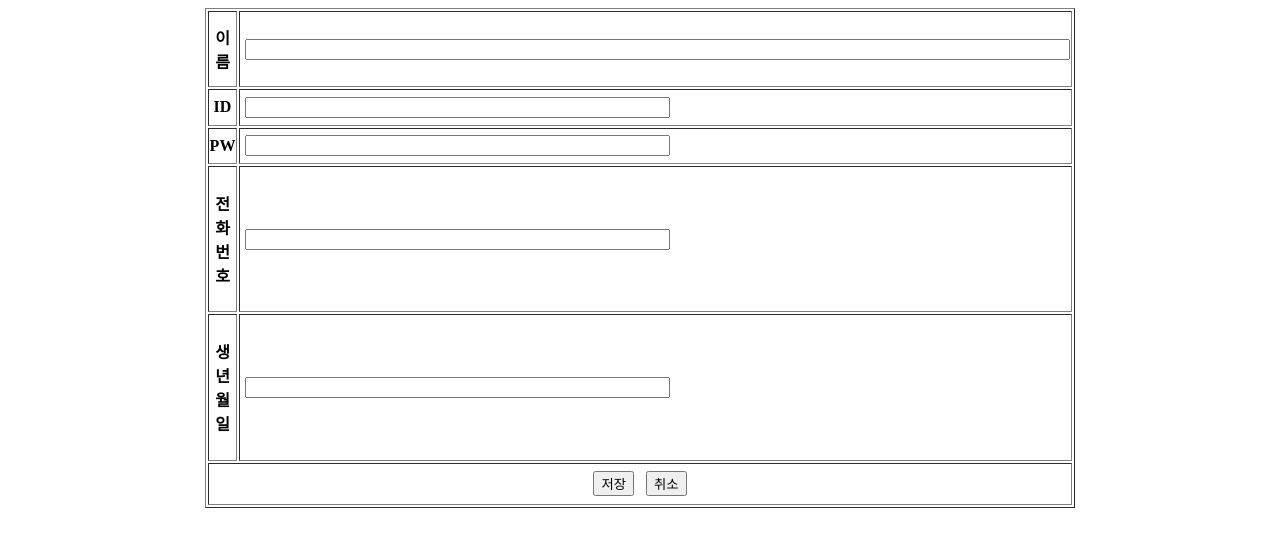
Repository: kwonminsung0/jspStudy
Page: jspStudy/src/main/webapp/join/join.html
An editor plug-in stored every save of this project. The page is shown before and after the next save, followed by the edit.
The browser window is 1280 px wide. The pictures show the whole page.

Above is the page before, as saved 2024-12-03 08:50:39.

### jspStudy/src/main/webapp/join/join.html
<!DOCTYPE html>
<html>
<head>
<meta charset="UTF-8">
<meta name="viewport" content="width=device-width, initial-scale=1.0">
<title>회원가입하기</title>
</head>
<body>
	<form method="post" action="/jspStudy/visitInsert">
		<table align="center" width="500" height="500" border="1">
			<tr>
				<th width="70">이름</th>
				<td width="430">&nbsp;<input type="text" name="writer"
					size="100">
				</td>
			</tr>
			<tr>
				<th width="70">ID</th>
				<td width="430">&nbsp;<input type="text" name="writer"
					size="50">
				</td>
			</tr>
			<tr>
				<th width="70">PW</th>
				<td width="430">&nbsp;<input type="text" name="writer"
					size="50">
				</td>
			</tr>
			<tr>
				<th width="70">전화번호</th>
				<td width="430">&nbsp;<input type="text" name="writer"
					size="50">
				</td>
			</tr>
			<tr>
				<th width="70">생년월일</th>
				<td width="430">&nbsp;<input type="text" name="writer"
					size="50">
				</td>
			</tr>
			<tr>
				<td colspan="2" align="center"><input type="submit" value="저장">&nbsp;&nbsp;
					<input type="reset" value="취소"></td>
			</tr>
		</table>
	</form>
</body>
</html>

After the next save:
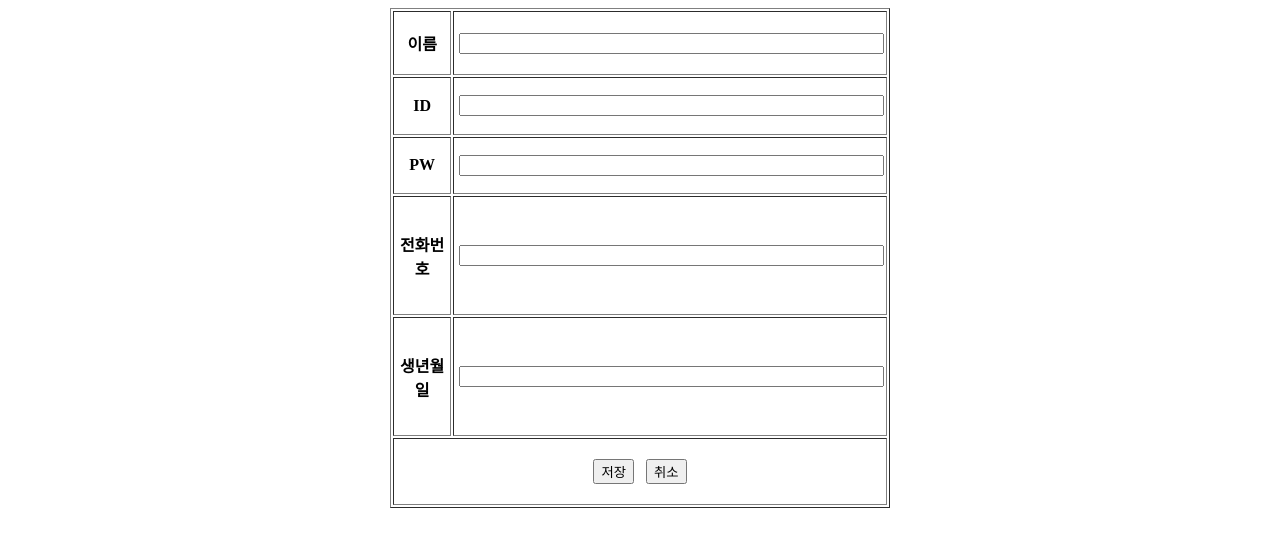
Saved 7 s later.
--- a/jspStudy/src/main/webapp/join/join.html
+++ b/jspStudy/src/main/webapp/join/join.html
@@ -11,7 +11,7 @@
 			<tr>
 				<th width="70">이름</th>
 				<td width="430">&nbsp;<input type="text" name="writer"
-					size="100">
+					size="50">
 				</td>
 			</tr>
 			<tr>
